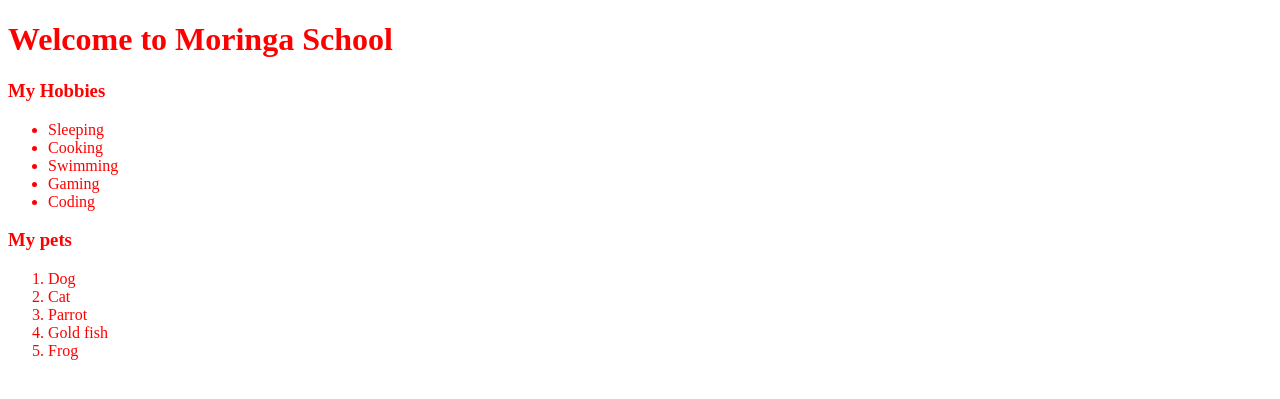
Repository: luckyantony/example
Page: index.html
The author's editor kept a copy of each file at every save. The page is drawn from the files as they stood at one save, then again after the next save.
The browser window is 1280 px wide. The pictures show the whole page.

Above is the page before, as saved 2025-02-17 11:23:41.

After the next save:
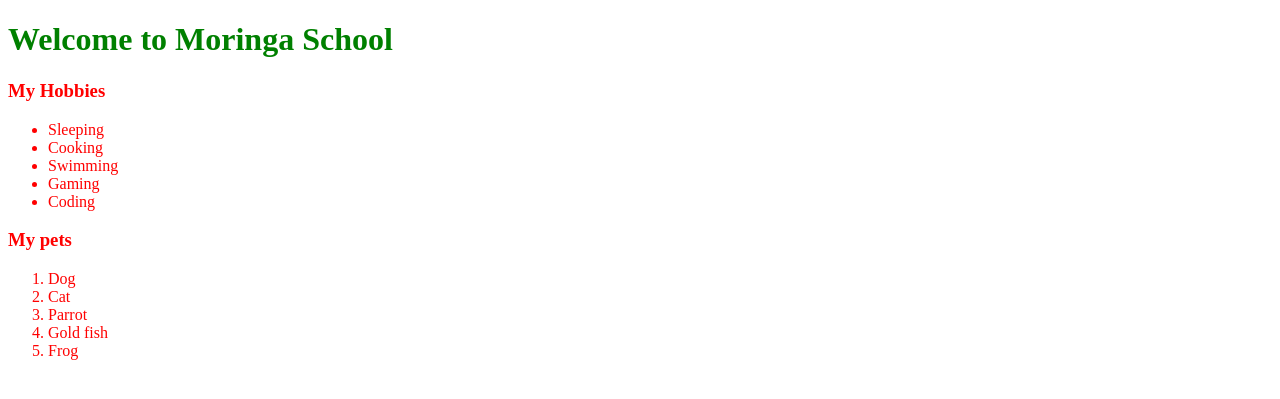
Saved 3 min 0 s later.
--- a/css/style.css
+++ b/css/style.css
@@ -1,6 +1,6 @@
 *{
     color:red
 }
-r3{
+h1{
     color:green
 }
